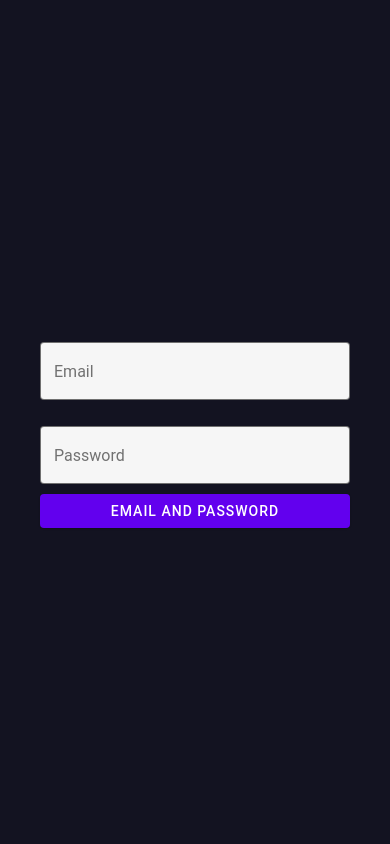
Repository: pascalgrim/GymTracker
Screen: /
The author's editor kept a copy of each file at every save. The screen is drawn from the files as they stood at one save, then again after the next save.
The app was drawn by React Native's web renderer in a window 390 px wide. The project was rebuilt for these pictures with package versions that can differ from the ones it lists, and the page was loaded fresh each time. Also part of the build but not shown: components/menuCard.js, components/Dashboard.js, firebase.js, context/AuthContext.js.

Above is the screen before, as saved 2021-11-05 20:03:39.

After the next save:
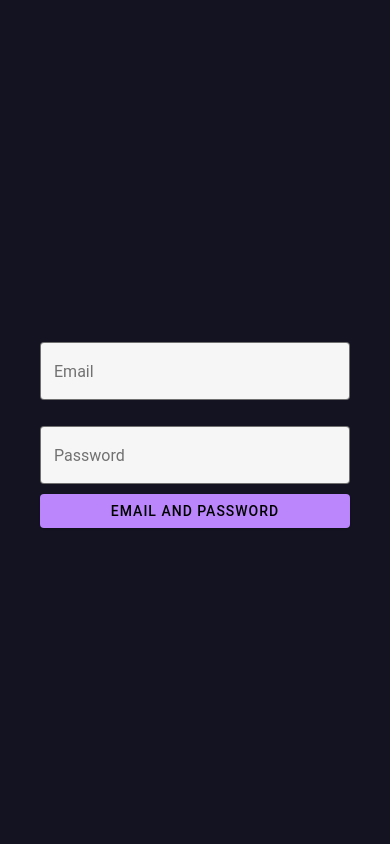
Saved 10 s later.
--- a/components/Signup.js
+++ b/components/Signup.js
@@ -1,5 +1,5 @@
 import React from 'react'
-import {Card, Button,TextInput,Appbar} from 'react-native-paper';
+import {Card, Button,TextInput,Appbar, DarkTheme} from 'react-native-paper';
 import { View,StyleSheet } from 'react-native';
 import { useRef ,useState} from 'react'
 import { Link,Route,BrowserRouter as Router,Routes } from 'react-router-dom';
@@ -40,7 +40,7 @@ export default function Signup() {
         <View style={styles.container}>
             <TextInput label="Email" mode="outlined" style={styles.textInput}/>
             <TextInput label="Password" mode="outlined" secureTextEntry={true} style={styles.textInput}/>
-            <Button theme="dark" mode="contained" onPress={handleSubmit}>Email And Password</Button>
+            <Button theme={DarkTheme} mode="contained" onPress={handleSubmit}>Email And Password</Button>
         </View>
 
     )
